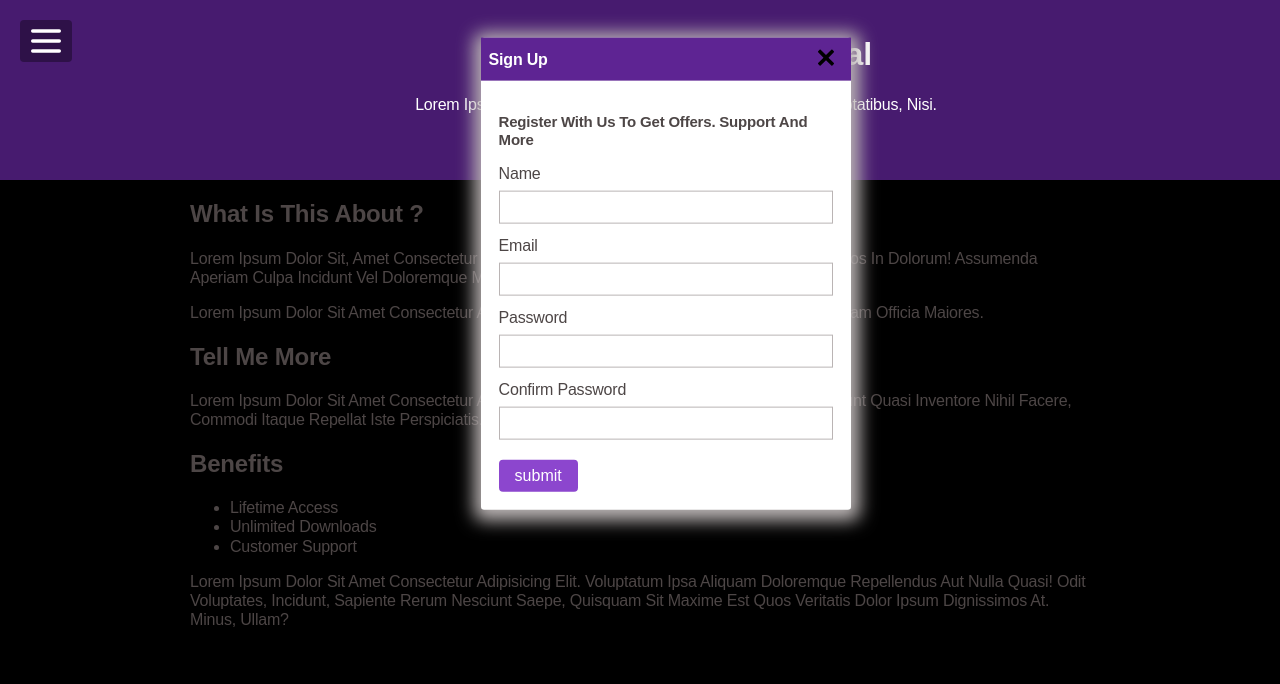
Repository: lilo750/Menu-Slider-modal
Page: index.html
An editor plug-in stored every save of this project. The page is shown before and after the next save, followed by the edit.
The browser window is 1280 px wide. The pictures show the whole page.
After loading, the first visible `div.container` was clicked once.

Above is the page before, as saved 2024-01-16 03:39:36.
Console error: TypeError: Failed to execute 'appendChild' on 'Node': parameter 1 is not of type 'Node'.

After the next save:
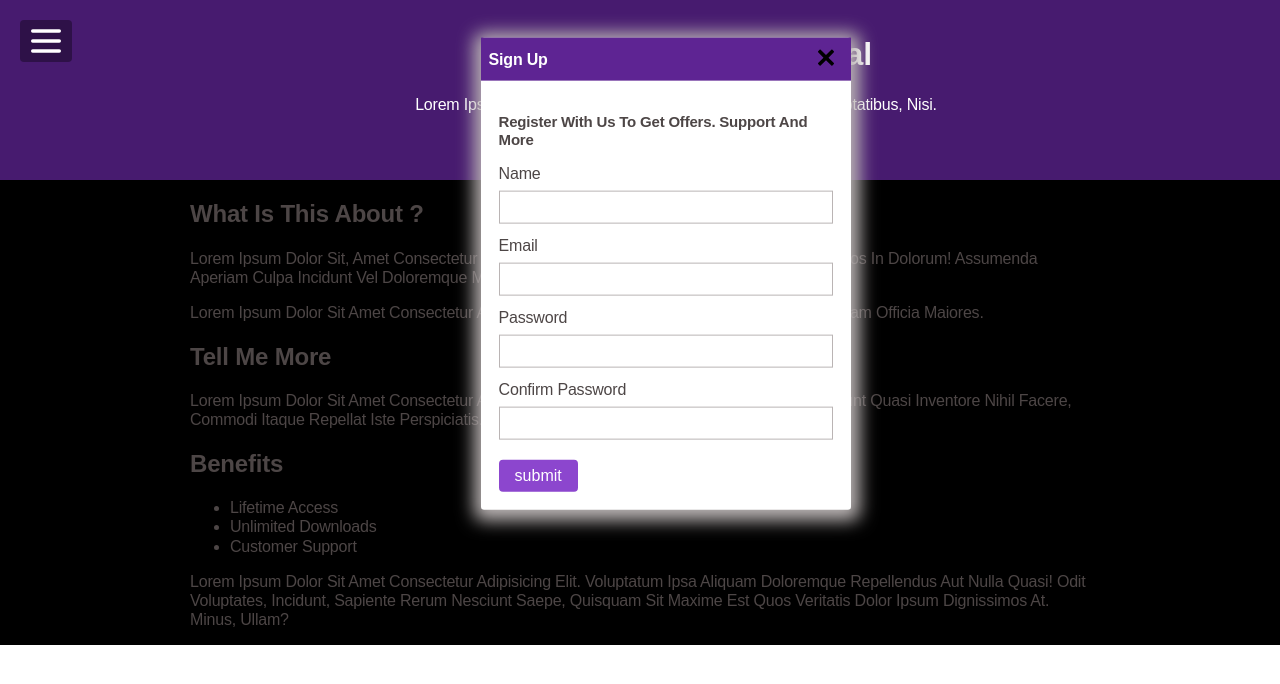
Saved 14 s later.
--- a/assets/logic.js
+++ b/assets/logic.js
@@ -15,7 +15,7 @@ const closeModalHandler = () => {
 
 const modalOverlayHandler = () => {
     if ((modal.style.visibility = 'visible')) {
-        document.body.style.backgroundColor = '#000'; // will add the darker background
+        container.style.backgroundColor = '#000'; // will add the darker background
         let el = document.createElement('p');
         el.innerText = 'all rightttttt';
         container.appendChild('el');
